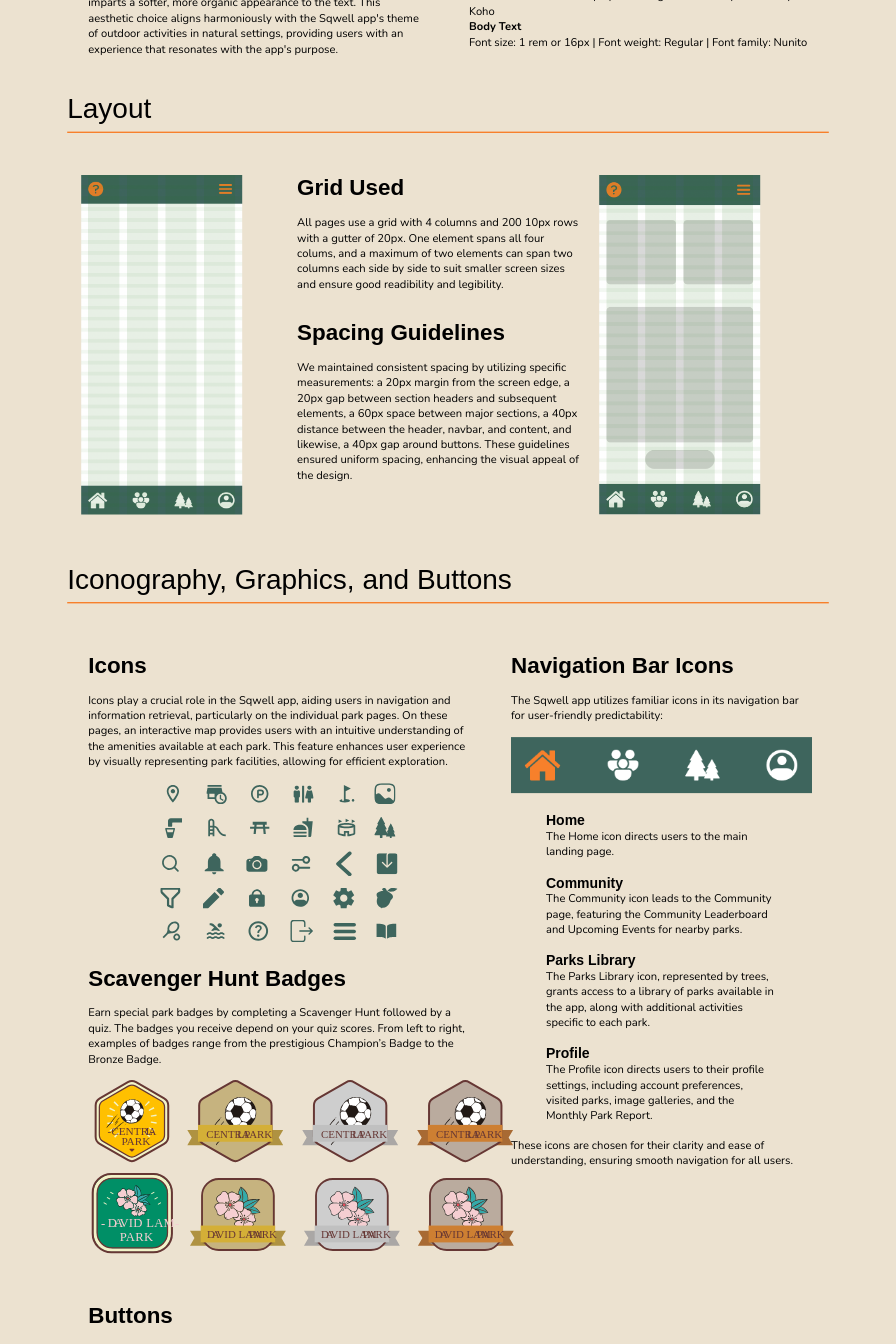
Repository: lpcmendoza/sqwell_styleguide
Page: /
These files come from the project's save history. The page is drawn as it stood at one moment and after the next save; the edit follows.
The browser window is 1280 px wide. The pictures show the part of the page from y = 4420 to 6340 px (the page is 6636 px tall before and 6647 px after), at 70% of full size.
Some web fonts or font styles are not loaded; a fallback is used. The project was rebuilt for these pictures with package versions that can differ from the ones it lists, and the page was loaded fresh each time. The framework's server and built-in components were replaced by stand-ins that run in the browser. Also part of the build but not shown: next.config.mjs.

Above is the page before, as saved 2024-04-08 22:44:53.

### pages/_app.js
import '@/styles/globals.css';
import { KoHo, Nunito } from 'next/font/google';

export const koho = KoHo({
  subsets: ['latin'],
  weight: ['400', '500', '600', '700'],
  variable: '--font-koho',
});

export const nunito = Nunito({
  subsets: ['latin'],
  weight: ['400', '700'],
  variable: '--font-nunito',
});

export default function App({ Component, pageProps }) {
  return (
    <main className={`${koho.variable} ${nunito.variable}`}>
    <Component {...pageProps} />
    </main>
  )


}

### pages/index.js
import Head from "next/head";
import Image from "next/image";
import styles from "@/styles/Home.module.css";
import MenuBar from "@/components/MenuBar";
import Footer from "@/components/Footer";
import Typography from "@/components/Typography"
import Colours from "@/components/Colours";
import Layout from "@/components/Layout";
import Iconography from "@/components/Iconography";
import Header from "@/components/Header"

export default function Home() {
  return (
    <>
    <MenuBar/>
      <main className={`${styles.main}`}>
      <Header/>
      <br></br>
      <Colours/>
      <br></br>
      <Typography/>
      <br></br>
      <Layout/>
      <br></br>
      <br></br>
      <Iconography/>
      <br></br>
	<Footer/>
      </main>




    </>
  );
}

### styles/globals.css
:root {
    --blue: #74B4C6;
    --orange: #F7802B;
    --black: #1A1D1A;
    --darkGreen: #3E655D;
    --bone: #ECE2D0;
    --purple: #D4B1CF;

    --font-h1: 3rem; /*48px*/
    --font-h2: 2.5rem; /*40px*/
    --font-h3: 2rem; /*32px*/
    --font-h4: 1.5rem; /*24px*/
    --font-body: 1rem; /*16px*/
    --font-button: 1rem; /*16px*/
    --font-link: 1rem; /*16px*/
  }

  /*For all HTML elements*/
  *, html {
      margin: 0;
      padding: 0;
      font-size: 16px;
      font-family: var(--font-nunito);
  }

  h1 {
    font-family: var(--font-koho);
    font-size: 3rem;
    font-weight: 600;
  }

  h2 {
    font-family: var(--font-koho);
    font-size: 2.5rem;
    font-weight: 500;
  }

  h3 {
    font-family: var(--font-koho);
    font-size: 2rem;
    font-weight: 600;
  }

  h4 {
    font-family: var(--font-koho);
    font-size: 1.5rem;
    font-weight: 600;
  }

  h5 {
    font-family: var(--font-koho);
    font-size: 1.25rem;
    font-weight: 600;
  }

  p {
    font-family: var(--font-nunito);
    font-size: 16px;
  }

### styles/Home.module.css
.main {
  display: flex;
  flex-direction: column;
  justify-content: space-between;
  padding-top: 6rem;
  padding-right: 6rem;
  padding-left: 6rem;
  padding-bottom: 0;
  min-height: 100vh;
  background-color: var(--bone);
}

### components/MenuBar/index.js
import styles from './MenuBar.module.css'

export default function MenuBar() {
    return (
        <div className={styles.menubarContainer}>
            <div className={styles.blurbg}>
                <ul className={styles.menunames}>
                    <li>
                        <h5>Home</h5>
                    </li>
                    <li>
                        <h5>Logos</h5>
                    </li>
                    <li>
                        <h5>Typography</h5>
                    </li>
                    <li>
                        <h5>Colours</h5>
                    </li>
                    <li>
                        <h5>Layout</h5>
                    </li>
                    <li>
                        <h5>Iconography</h5>
                    </li>
                </ul>
            </div>

        </div>
    )
}

### components/Footer/index.js
import styles from './Footer.module.css'

export default function Footer() {
    return(
        <>
        <footer className={styles.footer}>
            <div className={styles.footerContainer}>
                © 2024 Sqwell Team  |  D3 - Set F. All rights reserved.
            </div>
        </footer>
        </>
    )
}

### components/Typography/index.js
import styles from './Typography.module.css';

export default function Typography() {
    return (
        <main>
        <h2 className={styles.sectionHead}>Typography</h2>
        <div className={styles.typography}>
            <div className={styles.rationale}>
                <h3>Rationale</h3>
                <p>The Sqwell team made a deliberate choice in selecting KoHo and Nunito Sans Serif font families for their application. These fonts were chosen for their exceptional readability across various device screens, including low-resolution displays, owing to their clean and straightforward designs.</p>
                <br></br>
                <p>KoHo, designated for heading texts, strikes a balance between mechanical precision and calligraphic elegance. Its letterforms possess a subtle flair that captures attention without overshadowing the app's core content. This balance allows users to engage with the headings seamlessly, enhancing the overall design while maintaining focus on the app's primary content.</p>
                <br></br>
                <p>In contrast, Nunito serves as the main font family for the remaining text content within the app. With its rounded edges, Nunito imparts a softer, more organic appearance to the text. This aesthetic choice aligns harmoniously with the Sqwell app's theme of outdoor activities in natural settings, providing users with an experience that resonates with the app's purpose.</p>
            </div>
            <div className={styles.typscale}>
                <h3>Type Scale</h3>
                    <ul className={styles.typescaleDetails}>
                        <li>
                        <h1>Heading One</h1> <p>Font size: 3 rem or 48px   |   Font weight: Semibold   |   Font family: Koho</p>
                        </li>
                        <li>
                        <h2>Heading Two</h2> <p>Font size: 2.5 rem or 40px   |   Font weight: Medium   |   Font family: Koho</p>
                        </li>
                        <li>
                        <h3 >Heading Three</h3> <p>Font size: 2 rem or 32px   |   Font weight: Semibold   |   Font family: Koho</p>
                        </li>
                        <li>
                        <h4>Heading Four</h4> <p>Font size: 1.5 rem or 24px   |   Font weight: Semibold   |   Font family: Koho</p>
                        </li>
                        <li>
                        <h5>Heading Five</h5> <p>Font size: 1.25 rem or 20px   |   Font weight: Semibold   |   Font family: Koho</p>
                        </li>
                        <li>
                        <p className={styles.bodyCopy}>Body Text</p> <p>Font size: 1 rem or 16px   |   Font weight: Regular   |   Font family: Nunito</p>
                        </li>
                    </ul>
                </div>
            </div>
        </main>
    )
}

### components/Layout/index.js
import styles from './Layout.module.css'
import grid from '@/public/grid-layout.png'
import gridElements from '@/public/gridelements.png'
import Image from 'next/image'
export default function Layout(){
    return(
        <>
            <h2 className={styles.layoutHeader}>Layout</h2>
            <div className={styles.layoutContainer}>
                <div className={styles.imageOne}>
                    <Image
                        src={grid}
                        alt="grid layout mobile view"
                        width={230}
                        height={485}
                    />
                </div>
                <div className={styles.layoutText}>
                    <h3>Grid Used</h3>
                    <p>All pages use a grid with 4 columns and 200 10px rows with a gutter of 20px. One element spans all four colums, and a maximum of two elements can span two columns each side by side to suit smaller screen sizes and ensure good readibility and legibility.</p>
                    <h3>Spacing Guidelines</h3>
                    <p>We maintained consistent spacing by utilizing specific measurements: a 20px margin from the screen edge, a 20px gap between section headers and subsequent elements, a 60px space between major sections, a 40px distance between the header, navbar, and content, and likewise, a 40px gap around buttons. These guidelines ensured uniform spacing, enhancing the visual appeal of the design.</p>
                </div>
                <div className={styles.imageTwo}>
                    <Image
                        src={gridElements}
                        alt="grid layout mobile view"
                        width={230}
                        height={485}
                    />
                </div>
            </div>
        </>
    )
}

### components/Header/index.js
import styles from './Header.module.css';
import Image from "next/image";

export default function Header(){
    return(
        <>
        <div className={styles.headerContainer}>
            <div className={styles.headerBlurb}>
                <h1>Sqwee welcomes you to Sqwell's Styleguide!</h1>
                <br></br>
                <p>The Sqwell app is an interactive web platform designed to help users discover nearby outdoor parks. Users can access park amenities, maps, and activities such as scavenger hunts and quizzes. Additionally, the app provides directions to new parks, making it easy for users to explore nature's offerings. With its diverse features, Sqwell offers a convenient and engaging way to enjoy outdoor adventures.</p>
                <br></br>
                <h5>Sqwell Team:</h5>
                <p>Kathryn Tan, Madeline Struthers, Pia Mendoza</p>
            </div>
            <div className={styles.headerSqwee}>
                <Image
                        src="/Sqwee.svg"
                        width={475.5}
                        height={369}
                        alt="Sqwee - Sqwell's mascot"
                />
            </div>
        </div>
        </>
    )
}

### components/MenuBar/MenuBar.module.css
.menubarContainer{
    display: flex;
    flex-direction: row;
    justify-content: space-evenly;
    width: 100%;
    background-color: var(--darkGreen);
    padding-top: 20px;
    padding-bottom: 20px;
    position: absolute;
    z-index: 10;
}

.menunames {
    list-style: none;
    display: flex;
    flex-direction: row;
    align-items: center;
    justify-content: space-evenly;
    gap: 5rem;
}

.menunames h5 {
    color: white;
}

### components/Footer/Footer.module.css


.footerContainer {
    height: 10px;
    margin: auto;
    width: 100%;
    text-align: center;
    padding: 10px;
    color: var(--darkGreen);
    margin-bottom: 0;
}

### components/Typography/Typography.module.css
.typography {
    display: flex;
    flex-direction: row;
}

.typography h3{
    padding-bottom: 20px;
}

.typescaleDetails {
    list-style: none;
}

.typescaleDetails h3 {
    padding-bottom: 0;
}

.typscale {
    width: 50%;
    padding: 30px;
}

.rationale {
    width: 50%;
    padding: 30px;
}

.typescaleDetails h1 {
    padding-bottom: 0px;
}

.sectionHead {
    border-bottom: 2px solid var(--orange);
    margin-bottom: 40px;
    padding-bottom: 10px;
}

.bodyCopy {
    font-weight: 700;
}

### components/Colours/Colours.module.css
.header{
    color: var(--black);
    padding-bottom: 10px;
    width: 100%;
    margin: 0;
    border-bottom: 2px solid var(--orange);
    padding-top: 4rem;
}
.palette{
    display: flex;
    gap: 7rem;
    padding-top:2rem;
    width: auto;
    position: relative;
    padding-left: 1rem;
    padding-right: 1rem;
    margin-bottom: 2rem;
}
.bone{
    background-color: var(--bone);
    width: 160px;
    height: 100px;
    border-radius: 50%;
    margin: 8px;

    box-shadow: 0px 6px 10px rgba(0, 0, 0, 0.5);
}
.darkGreen{
    background-color: var(--darkGreen);
    width: 160px;
    height: 100px;
    border-radius: 50%;
    margin: 8px;
    box-shadow: 0px 6px 10px rgba(0, 0, 0, 0.5);
}
.pumpkin{
    background-color: var(--orange);
    width: 160px;
    height: 100px;
    border-radius: 50%;
    margin: 8px;
    box-shadow: 0px 6px 10px rgba(0, 0, 0, 0.5);
}
.eerieBlack{
    background-color: var(--black);
    width: 160px;
    height: 100px;
    border-radius: 50%;
    margin: 8px;
    box-shadow: 0px 6px 10px rgba(0, 0, 0, 0.5);
}
.pinkLavender{
    background-color: var(--purple);
    width: 160px;
    height: 100px;
    border-radius: 50%;
    margin: 8px;
     box-shadow: 0px 6px 10px rgba(0, 0, 0, 0.5);
}
.blue{
    background-color: var(--blue);
    width: 160px;
    height: 100px;
    border-radius: 50%;
    margin: 8px;
     box-shadow: 0px 6px 10px rgba(0, 0, 0, 0.5);
}
.descriptionContainer {
    display: grid;
    grid-template-columns: repeat(2, 3fr);
    gap: 2rem;
    margin-top: 4rem;
    width:75%;
    margin-left: 11rem;

  }

  .paragraph {
    margin: 0;
    padding-top: 1rem;
    padding-right: 4rem;
    padding-left: 3rem;
    padding-bottom: 3rem;
  }

.title{
    position: relative;
    text-align: center;
    margin-top: 7.5rem;
}
.purpleHeader{
    border-bottom: 2px solid var(--purple);
    width: 90%;
}
.orangeHeader{
    border-bottom: 2px solid var(--orange);
    width: 90%;
}
.blueHeader{
    border-bottom: 2px solid var(--blue);
    width: 90%;
}
.darkGreenHeader{
    border-bottom: 2px solid var(--darkGreen);
    width: 90%;
}
.boneHeader{
    border-bottom: 2px solid var(--bone);
    width: 90%;
    position: relative;
}
.boneHeader::after{
    content: "";
    position: absolute;
    left: 0;
    bottom: -2px;
    width: 100%;
    height: .12rem;
    box-shadow: 0px -1px 4px rgba(0, 0, 0, 0.5);
}
.blackHeader{
    border-bottom: 2px solid var(--black);
    width: 90%;
}

.blackParagraph{
    padding-bottom: 2.65rem;
}
.colourExamples{
    display: flex;
    flex-direction: row;
    justify-content: space-around;
    margin-top: 2rem;
    align-items: center;
    border-radius: 2rem;
}
.exampleHeader{
    text-align: center;
    padding-bottom: 2rem;
    border-bottom: 2px solid var(--darkGreen);
}
.contrastChecker{
    display: flex;
    flex-wrap: wrap;
    justify-content: center;
    margin-top:1rem;
}
.contrastHeader{
    text-align: center;
    margin-top: 4rem;
    padding-bottom: 2rem;
    border-bottom: 2px solid var(--darkGreen);

}
.contrastImage{
    padding: 1rem;
    border-radius: 1.5rem;
    margin-bottom: 1rem;
}
.contrastParagraph{
    width: 25%;
   text-align: center;
   padding:1.5rem;
}

### components/Layout/Layout.module.css
.layoutHeader {
    border-bottom: 2px solid var(--orange);
    margin-bottom: 40px;
    padding-bottom: 10px;
}

.layoutContainer {
    display: flex;
    flex-direction: row;
    padding: 20px;
}

.layoutContainer h3 {
    padding-bottom: 20px;
}

.layoutContainer p {
    padding-bottom: 40px;
    align-content: center;
}

.imageOne {
    width: 30%;
}

.imageTwo {
    width: 30%;
}

.layoutText {
    width: 40%;
    margin-right: 20px;
}

### components/Iconography/Iconography.module.css
.sectionHead {
    border-bottom: 2px solid var(--orange);
    margin-bottom: 40px;
    padding-bottom: 10px;
}

.inconography {
    display: flex;
    flex-direction: row;
}

.inconography h3{
    padding-bottom: 20px;
}

.iconsContainer {
    width: 50%;
    padding: 30px;
}

.navBarContainer {
    width: 50%;
    padding: 30px;
}

.buttonsContainer {
    padding: 30px;
}

.iconsList {
    list-style: none;
    margin-top: 15px;
}

.iconsList li {
    align-self: center;
    padding-top: 5px;
    padding-bottom: 5px;
}

.iconsListContainer {
    text-align: center;
}

.navBar {
    text-align: center;
    margin-top: 20px;
}

.navBarDescription {
    padding-left: 50px;
    padding-right: 50px;
    margin-bottom: 20px;
}

.buttonsColumns {
    display: flex;
    flex-direction: row;
    text-align: center;
}

.buttonsActive {
    width: 33%;
    margin-left: 30px;
}

.buttonsPress {
    width: 33%;
    margin-left: 30px;
    margin-right: 30px;
}

.buttonsDisabled {
    width: 33%;
    margin-right: 0px;
}

.buttonsContainer h3 {
    padding-bottom: 20px;
}

.badgeSamples {
    list-style: none;
    margin-top: 15px;
}

### components/Header/Header.module.css
.headerContainer {
    display: flex;
    flex-direction: row;
    padding: 20px;
    align-self: center;
    margin: auto;
    justify-content: center;
    padding-left: 110px;
}

.headerBlurb {
    width: 45%;
    align-content: center;
    padding-right: 20px;
}

.headerSqwee {
    width: 50%;
}

Loaded but not shown: pages/_document.js (common file); components/Colours/index.js (115 lines, source omitted); components/Iconography/index.js (162 lines, source omitted)

After the next save:
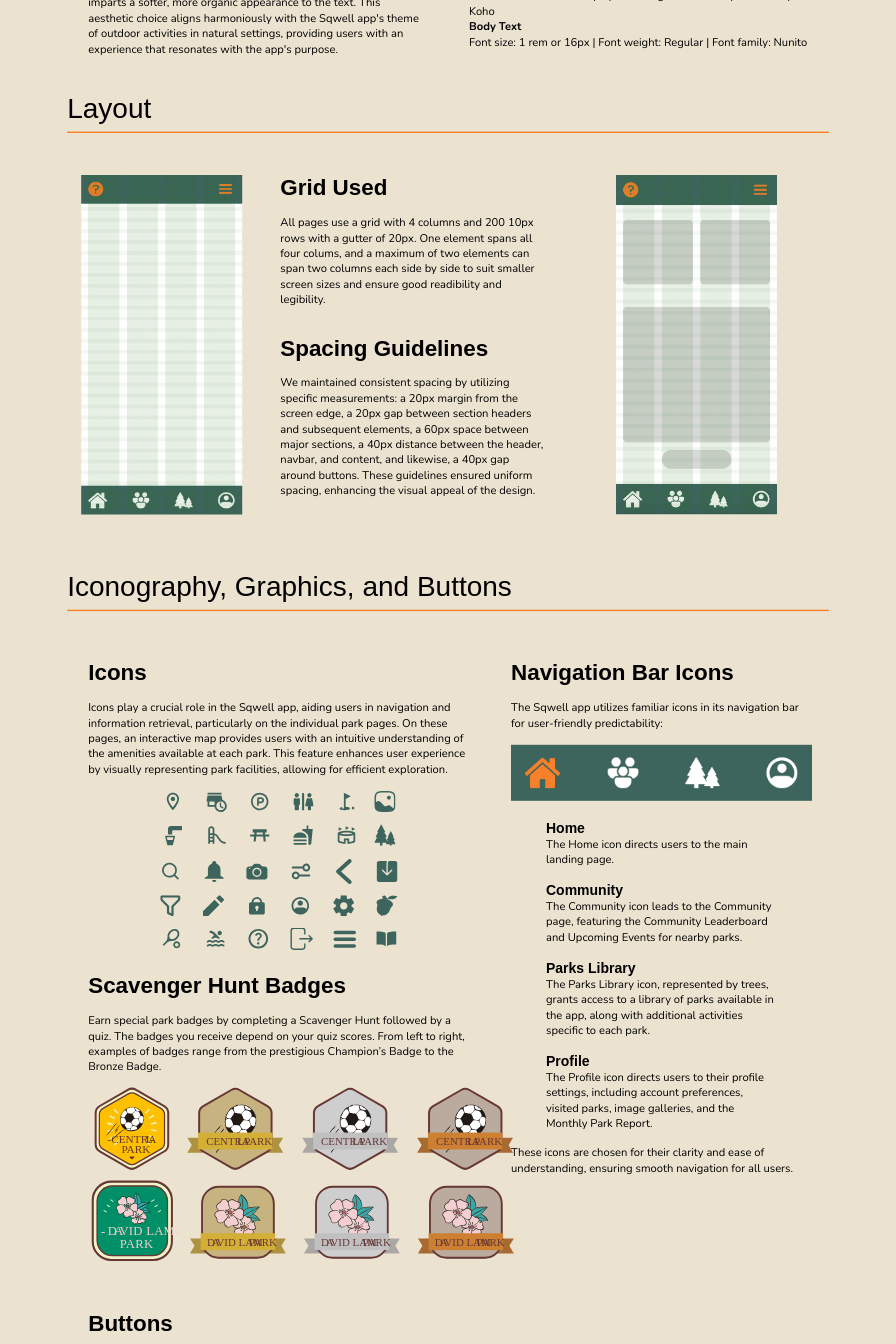
Saved 9 s later.
--- a/components/Layout/Layout.module.css
+++ b/components/Layout/Layout.module.css
@@ -29,5 +29,5 @@
 
 .layoutText {
     width: 40%;
-    margin-right: 20px;
+    margin-right: 100px;
 }
